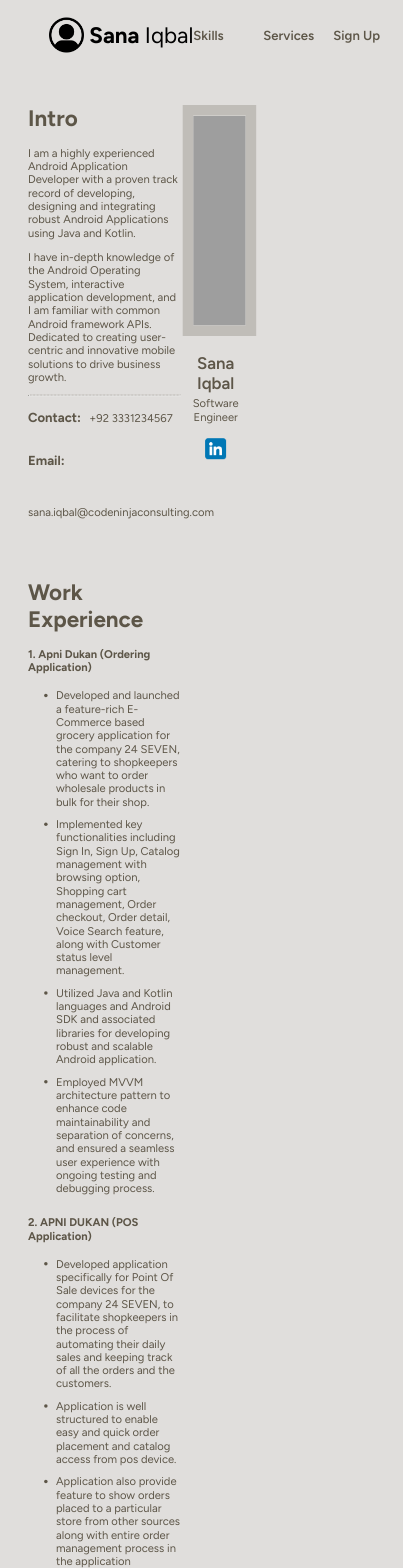
Repository: SanaIqbalDev/Portfolio
Page: portfolio.html
The author's editor kept a copy of each file at every save. The page is drawn from the files as they stood at one save, then again after the next save.
The browser window is 375 px wide. The page is 576 px wide, so the pictures cover 576 px, including what lies to the right of the window. The pictures show the part of the page from y = 0 to 2240 px (the page is 5297 px tall), at 70% of full size.
Pictures or frames that could not be fetched are drawn as grey boxes. The page's requests for data from a server got no answer.

Above is the page before, as saved 2023-08-18 16:07:41.

### portfolio.html
<!DOCTYPE html>
<html lang="en">

<head>
  <meta charset="utf-8" />
  <meta name="viewport" content="width=device-width, initial-scale=1.0" />
  <title>Sana Iqbal</title>
  <link rel="preconnect" href="https://fonts.googleapis.com">
  <link rel="preconnect" href="https://fonts.gstatic.com" crossorigin>
  <link href="https://fonts.googleapis.com/css2?family=Figtree:wght@400;600;700&display=swap" rel="stylesheet">
  <link rel="stylesheet" href="styles.css" />
  <script src="js/portfolio-main.js"></script>
  <script src="js/portfolio-skills.js"></script>
  <script src="js/portfolio-form-submission.js"></script>
  <script src="js/portfolio.external-data.js"></script>
</head>

<body>
  <header>

    <div class="header-div">
      <img width="50px" height="50px" src="res/ic_login.png">
      <h1 style="font-weight: 800;">&nbspSana&nbsp</h1>
      <h1 style="font-weight: 300;">Iqbal</h1>
    </div>

    <div class="header-option-section">

      <h3 id="skillset" class="header-options">Skills</h3>
      <h3 id="services" class="header-options">Services</h3>
      <h3 id="signup" class="header-options">Sign Up</h3>
    </div>
  </header>

  <main>
    <div class="main-content">
      <div id="details">
        <div>
          <h1 style="margin-top: 0;">Intro</h1>
          <p>
            I am a highly experienced Android Application Developer with a
            proven track record of developing, designing and integrating robust
            Android Applications using Java and Kotlin. </p>
          <pre></pre>
          <p>I have in-depth
            knowledge of the Android Operating System, interactive application
            development, and I am familiar with common Android framework APIs.
            Dedicated to creating user-centric and innovative mobile solutions
            to drive business growth.
          </p>

          <hr style="margin: 0;">

          <h3 class="inline-div" style=" display: inline-block;">
            Contact:</h3>
          <p style=" display: inline-block;"> &nbsp +92 3331234567</p>
          <br />
          <h3 class="inline-div" style="display: inline-block;">
            Email:</h3>
          <p style=" display: inline-block;"> &nbsp sana.iqbal@codeninjaconsulting.com</p>
        </div>
        <div>
          <h1 style="margin-top: 70px;">
            Work Experience</h1>
          <h4>
            1. Apni Dukan (Ordering Application)</h4>
          <ul>
            <li>
              Developed and launched a feature-rich E-Commerce based grocery
              application for the company 24 SEVEN, catering to shopkeepers who
              want to order wholesale products in bulk for their shop.
              <pre></pre>
            </li>
            <li>
              Implemented key functionalities including Sign In, Sign Up,
              Catalog management with browsing option, Shopping cart management,
              Order checkout, Order detail, Voice Search feature, along with
              Customer status level management.
              <pre></pre>
            </li>
            <li>
              Utilized Java and Kotlin languages and Android SDK and associated
              libraries for developing robust and scalable Android application.
              <pre></pre>
            </li>
            <li>
              Employed MVVM architecture pattern to enhance code maintainability
              and separation of concerns, and ensured a seamless user experience
              with ongoing testing and debugging process.
            </li>
          </ul>
          <h4 style="margin-top: 30px;">
            2. APNI DUKAN (POS Application)</h4>
          <ul>
            <li>
              Developed application specifically for Point Of Sale devices for
              the company 24 SEVEN, to facilitate shopkeepers in the process of
              automating their daily sales and keeping track of all the orders
              and the customers.
              <pre></pre>
            </li>
            <li>
              Application is well structured to enable easy and quick order
              placement and catalog access from pos device.
              <pre></pre>
            </li>
            <li>
              Application also provide feature to show orders placed to a
              particular store from other sources along with entire order
              management process in the application
              <pre></pre>
            </li>
            <li>
              Java and Kotlin languages are used along with Android SDK and
              other libraries provided by android platform for developing a
              robust application.
            </li>
          </ul>
        </div>
      </div>
      <div id="picture">
        <img id="person" src="https://images.unsplash.com/photo-1554743096-a4afca389293?ixlib" width="80%"
          height="300px" />
        <h2>Sana Iqbal</h2>
        <h4 id="heading">Software Engineer</h3>
          <a href="https://www.linkedin.com/in/sana-iqbal-a2501aa4" target="_blank"><img id="img-linkedin"
              src="res/linkedin.png" width="30px" height="30px"></a>
      </div>
    </div>
    <div class="services-div">
      <h1>Services</h1>
      <div class="seach-view" id="search-view" style="display: flex; justify-content: flex-start;align-items: center; box-sizing: border-box;border-radius: 5px; padding: 5px; width: 700px;background-color: #adacac; box-sizing: border-box; box-shadow: 5px 5px 5px rgb(205, 205, 207); ">
        <img id="search-image" src="res/ic_search.png" style="padding: 10px; cursor: pointer;" width="20px" height="20px">
        <label id="search-label" style="margin-left: 10px; width: 100%;">Search here</label>
        <input id="search-input" style="display: none; width: 100%; font: 1em sans-serif; border: none; outline: none; background-color: transparent;" type="text">
      </div>
      <div id="search-dropdown" >

      </div>
      <div id="products-container" class="slider">
        <div id="1slider" class="slider-bg">
          <div class="item-options">
            <button class="remove-btn"><img src="res/ic_delete.png" width="18px" height="18px"></button>
            <button class="edit-btn"><img src="res/ic_edit.png" width="18px" height="18px"></button>
          </div>
          <div id="develop" class="slider-item">
            <img src="res/ic_develop.png">
            <h3 class="item-title">DEVELOP</h3>
          </div>
        </div>

        <div id="2slider" class="slider-bg">
          <div class="item-options">
            <button class="remove-btn"><img src="res/ic_delete.png" width="18px" height="18px"></button>
            <button class="edit-btn"><img src="res/ic_edit.png" width="18px" height="18px"></button>
          </div>
          <div id="test" class="slider-item">
            <img src="res/ic_test.png">
            <h3  class="item-title">TEST</h3>
          </div>
        </div>

        <div id="3slider" class="slider-bg">
          <div class="item-options">
            <button class="remove-btn"><img src="res/ic_delete.png" width="18px" height="18px"></button>
            <button class="edit-btn"><img src="res/ic_edit.png" width="18px" height="18px"></button>
          </div>
          <div id="deploy" class="slider-item">
            <img src="res/ic_deploy.png">
            <h3 class="item-title">DEPLOY</h3>
          </div>
        </div>

        <div id="4slider" class="slider-bg">
          <div class="item-options">
            <button class="remove-btn"><img src="res/ic_delete.png" width="18px" height="18px"></button>
            <button class="edit-btn"><img src="res/ic_edit.png" width="18px" height="18px"></button>
          </div>
          <div id="optimize" class="slider-item">
            <img src="res/ic_optimize.png">
            <h3 class="item-title">OPTIMIZE</h3>

          </div>
        </div>

        <div id="add-item-div" class="slider-bg">
          <div class="slider-item">
            <img src="res/ic_addItem.png">
          </div>
          <button id="add-item" class="add-new-item">ADD NEW SERVICE</button>

        </div>
      </div>
    </div>


    <div id="skills-div" class="skills-div">
      <h1>Skills</h1>
      <div style="width: 84%; display: block;">
        <div id="skill-items" class="skill-items">
          <ul id="skill-list">
          </ul>
          <div class="add-skill-item">
            <label id="add-skill-label" class="title-skill">Add new skill here</label>
            <input id="add-skill-input" class="add-skill" type="text" placeholder="Add Skill" value=""
              style="display: none; font: 1em sans-serif; border: none; outline: none; background-color: #badacf;">
          </div>
        </div>
      </div>

    </div>

    <div class="external-data-div">
      <h1>Information</h1>
      <table class="info-table" style="width: 70%;">
        <tr style="height: 50px;">
          <th class="image-id-cell" style=" background-color: #83817e; color: white;">IMAGE</th>
          <th class="image-id-cell" style=" background-color: #83817e;  color: white;">ID</th>
          <th style=" background-color: #83817e; color: white;">TITLE</th>
          <th style="width: 351px;background-color: #83817e; color: white;">URL</th>
        </tr>
      </table>
      <div class="table-container">
        <table id="info-table" class="info-table">
        </table>
      </div>

    </div>

    <div id="signupModal" class="signup-modal">
      <div class="modal-content">
        <h2>Fill your information</h2>

        <form id="submit-form" action="">
          <section>
            <input id="name" class="input-field" type="text" placeholder="Name" value="">
            <input id="email" class="input-field" placeholder="Email" value="">
            <input id="password" class="input-field" type="password" placeholder="Password (atleast 6 characters)"
              value="">
          </section>

          <div
            style="display: flex; justify-content: center;max-height: 50px;height: 50px; margin-top: 50px; margin-left: auto; margin-right: auto;">
            <button id="submit" type="submit">SUBMIT</button>
            <div id="loading" class="spinner"></div>
          </div>
        </form>
      </div>
    </div>
    <div id="productDesc" class="product-modal">
      <div id="product-content" class="product-content">
        <img id="product-img" src="res/ic_develop.png" width="100px" height="100px">
        <h2 id="product-title" style="margin-top: 30px;">TITLE</h2>
        <p id="product-description" style="margin-top: 30px;">We are a dedicated and proficient website development
          service provider, committed to crafting impactful
          online solutions for businesses across diverse industries.
          With a team of skilled developers, designers, and digital strategists, we offer comprehensive website
          development services that transcend mere online presence.<br /><br />

          Our approach begins by understanding your unique business objectives and target audience. Leveraging
          cutting-edge technologies and industry best practices, we meticulously
          design and develop websites that are not only visually stunning but also functionally robust. <br /><br />

          From responsive designs that adapt seamlessly to different devices to user-friendly
          interfaces that enhance engagement, we ensure every element contributes to an exceptional user experience.
          <br />
        </p>
      </div>
    </div>

    <!-- Edit Form Modal -->
    <div id="editModal" class="edit-modal">
      <div class="edit-content">
        <form id="service-info-form" action="">
          <section class="input-section">
            <img id="imagePreview" src="" alt="Selected Image" style="width: 110px; height: 110px;">
            <input id="edit-img" class="input-field" type="file" value="">
            <input id="edit-title" class="input-field" class="input-field" type="text" placeholder="Add service title"
              value="">
            <textarea id="edit-description" class="input-field"
              style=" width: 90%; min-height: 120px;height: auto;overflow: auto;white-space: wrap;font-family: 'Figtree', sans-serif;">This is a long piece of text that will wrap inside the textarea element.</textarea>
            <button id="submit-edit-info" type="submit">SUBMIT</button>
          </section>
        </form>
      </div>
    </div>

    <div id="edit-modal-alert">
      <div id="successModal" class="alert-modal">
        <img id="alert-icon" src="res/ic_success.png" width="50px" height="50px">
        <h2 id="alert-message">Data has been sent successfully</h2>
      </div>
    </div>
  </main>

</body>

</html>

### styles.css
body {
    background-color: #e0dedc;
    margin: 0;
    max-width: 100%;
    font-family: 'Figtree', sans-serif;
    color: #5d5648;
    box-sizing: border-box;
    overflow-x: hidden;
}

main {
    width: 100%;
    margin-left: auto;
    margin-right: auto;
    margin-bottom: 200px;
    padding: 0px 10px 10px 10px;
}

.main-content {
    display: flex;
    justify-content: center;
    margin-top: 50px;
}

header {
    display: flex;
    justify-content: space-between;
    height: 40px;
    position: relative;
    align-items: center;
    padding: 30px 70px;
}

.header-div {
    display: flex;
    align-items: center;
    color: black;
}

.header-option-section {
    display: flex;
    justify-content: space-between;
}

.header-options {
    color: #5d5648;
    width: 100px;
    font-weight: 600;
    cursor: pointer;
}

.header-options:hover {
    color: black;
}

h2 {
    text-align: center;
    font-weight: 600;
}

hr {
    border-top: 1px dotted #5d5648;
    ;
}

.slider {
    height: auto;
    max-width: 84%;
    margin: auto;
    margin-top: 50px;
    display: flex;
    flex-wrap: wrap;
    justify-content: space-evenly;
    gap: 30px;

}

.slider .slider-item {
    display: flex;
    flex-direction: column;
    justify-content: space-evenly;
    border-radius: 10px;
    background-color: rgb(186, 218, 207);
    width: 200px;
    height: 270px;
    transition: background-color 0.3s ease;

}

.skill-items {
    max-width: 84%;
    display: flex;
    flex-direction: column;
    justify-content: space-between;
    align-items: start;

}

.skill-items div {
    background-color: rgb(186, 218, 207);
    border-radius: 18px;
    box-sizing: border-box;
    padding: 3px 15px;
    gap: 10px;
    display: flex;
    height: 40px;
    justify-content: space-between;
    align-items: center;
    margin-top: 20px;
}

.skill-items div label {
    font-weight: 800;
    background: none;
    box-sizing: border-box;
    display: flex;
    align-items: center;

}

.remove-skill {
    width: 30px;
    height: 30px;
}

.remove-skill:hover {
    scale: 1.1;
    cursor: pointer;

}

#add-skill-label:hover {
    cursor: pointer;
    scale: 1.1;
}

.add-skill:focus {
    cursor: text;
}

.slider-item:hover {
    background-color: rgb(163, 193, 183);
}

.slider .slider-item img {
    border-radius: 10px;
    margin-left: auto;
    margin-right: auto;
    margin-top: 50px;
    width: 100px;
    height: 100px;
}

.slider-item h3 {
    margin-left: auto;
    margin-right: auto;
}

.slider-bg {
    width: 200px;
    height: 270px;
    position: relative;
    cursor: pointer;
}

.slider-bg .remove-btn {
    display: flex;
    justify-content: center;
    align-items: center;
    border-radius: 8px;
    width: 30px;
    height: 30px;
    top: 5px;
    right: 10px;
    border: 0;
    background-color: rgb(161, 39, 39);
    font-weight: 600;
    cursor: pointer;
}

.slider-bg .edit-btn {
    display: flex;
    justify-content: center;
    align-items: center;
    border-radius: 8px;
    width: 30px;
    left: 55%;
    height: 30px;
    top: 3%;
    border: 0;
    background-color: rgb(47, 47, 163);
    color: white;
    font-weight: 600;
    cursor: pointer;
}

.slider-bg .remove-btn:hover {
    background-color: rgb(248, 20, 20);
}

.slider-bg .edit-btn:hover {
    background-color: rgb(19, 19, 245);

}

.item-options {
    display: flex;
    justify-content: end;
    align-items: flex-end;
    width: 100%;
    position: absolute;
    padding: 5px;
    gap: 5px;
    box-sizing: border-box;
}

.item-options img {
    width: 18px;
    height: 18px;
}

.add-new-item {
    border-radius: 10px;
    width: 100%;
    height: 30px;
    position: absolute;
    bottom: 0%;
    background-color: #c0bdb8;
}

footer {
    width: 85%;
    margin-left: auto;
    margin-right: auto;
    margin-bottom: 50px;
    font-weight: 900;
    font-size: large;
}

a {
    color: beige;
}

#details {
    width: 58%;
    display: inline-block;
}

#heading {
    text-align: center;
    margin-top: -15px;
    font-weight: 300;
}

#picture {
    width: 25%;
    margin-left: 1%;
    display: inline-block;
    text-align: center;
    align-items: center;
    vertical-align: top;
}

#picture #person {
    border: 15px solid #c0bdb8;
}

.inline-div {
    display: inline-block;
}

#img-linkedin:hover {
    scale: 1.2;
}

.signup-modal {
    display: none;
    position: fixed;
    left: 0;
    top: 0;
    width: 100%;
    height: 100%;
    overflow: auto;
    background-color: rgba(0, 0, 0, 0.4);
}

.product-modal {
    display: none;
    position: fixed;
    left: 0;
    top: 0;
    width: 100%;
    height: 100%;
    overflow: auto;
    background-color: rgba(0, 0, 0, 0.4);
}

.modal-content {
    margin-left: auto;
    margin-right: auto;
    margin-top: 75px;
    padding: 20px;
    width: 400px;
    height: 400px;
    background-color: white;
    border-radius: 10px;
    max-width: 400px;
    max-height: 400px;
    scale: 0.75;
}

.product-content {
    margin-left: auto;
    margin-right: auto;
    margin-top: 45px;
    padding: 40px;
    width: 400px;
    height: auto;
    overflow-y: auto;
    background-color: white;
    border-radius: 10px;
    max-width: 400px;
    max-height: 400px;
    display: flex;
    flex-direction: column;
    justify-content: space-between;
    align-items: center;
}


.input-field {
    display: block;
    width: 90%;
    height: 30px;
    margin-left: auto;
    margin-right: auto;
    margin-top: 30px;
    border-radius: 5px;
    border: 1px solid rgb(168, 190, 174);
    outline: none;
    padding: 5px;
    font-size: medium;
}

#submit {
    position: fixed;
    display: inline-block;
    width: 200px;
    height: 40px;
    border-radius: 5px;
    background: linear-gradient(90deg, rgb(168, 190, 174), rgb(178, 178, 179));
    border-color: transparent;
    box-shadow: 5px 5px 5px rgb(205, 205, 207);
    font-weight: 700;
    font-size: large;


}

#submit:hover {
    background: linear-gradient(90deg, rgb(174, 206, 182), rgb(202, 202, 212));
}

#submit:active {
    background: linear-gradient(90deg, rgb(168, 190, 174), rgb(178, 178, 179));

}

.edit-modal {
    display: none;
    position: fixed;
    top: 0;
    left: 0;
    width: 100%;
    height: 100%;
    background-color: rgba(0, 0, 0, 0.5);
    align-items: center;
    justify-content: center;

}


.input-section {
    background-color: white;
    padding: 20px;
    min-width: 500px;
    min-height: 400px;
    text-align: center;
    border-radius: 10px;
    box-shadow: 0px 0px 10px rgba(0, 0, 0, 0.3);
    padding: 20px;
    box-sizing: border-box;

}

.edit-image {
    max-width: 110px;
    height: 110px;
}

.edit-title {
    font-size: 24px;
    margin-top: 10px;
}

.edit-description {
    font-size: 16px;
    margin-top: 10px;
}


#submit-edit-info {
    margin-left: auto;
    margin-right: auto;
    margin-top: 50px;
    width: 200px;
    height: 40px;
    border-radius: 5px;
    background: linear-gradient(90deg, rgb(168, 190, 174), rgb(178, 178, 179));
    border-color: transparent;
    box-shadow: 5px 5px 5px rgb(205, 205, 207);
    font-weight: 700;
    font-size: large;


}

#submit-edit-info:hover {
    background: linear-gradient(90deg, rgb(174, 206, 182), rgb(202, 202, 212));
}

#submit-edit-info:active {
    background: linear-gradient(90deg, rgb(168, 190, 174), rgb(178, 178, 179));

}

.services-div {
    width: 100%;
    display: flex;
    flex-direction: column;
    justify-content: center;
    align-items: center;
}

.skills-div.skill-items ul {
    width: 100%;
    display: flex;
    flex-direction: column;
    justify-content: center;
    align-items: center;
}

.add-skill-item {
    box-sizing: border-box;
    margin-left: 40px;
    height: 40px;
}


.skills-div {
    width: 100%;
    display: flex;
    flex-direction: column;
    justify-content: center;
    align-items: center;
}

.services-div h1,
.skills-div h1,
.external-data-div h1 {
    height: auto;
    width: 84%;
    margin-top: 70px;
}

.title-skill {
    max-width: 500px;
    overflow: hidden;
    text-overflow: ellipsis;
    white-space: nowrap;
    padding: 5px;

}

#edit-modal-alert {
    display: none;
    justify-content: center;
    align-items: center;
    position: fixed;
    top: 0;
    left: 0;
    width: 100%;
    height: 100%;
    background-color: rgba(0, 0, 0, 0.5);
}

.alert-modal {
    background-color: white;
    padding: 40px;
    border-radius: 8px;
    box-shadow: 0 2px 8px rgba(0, 0, 0, 0.2);
    display: flex;
    flex-direction: column;
    align-items: center;
}

.external-data-div {
    width: 100%;
    display: flex;
    flex-direction: column;
    justify-content: center;
    align-items: center;
}

.info-table {
    background-color: transparent;
    width: 100%;
    margin-left: auto;
    margin-right: auto;


}

.table-container {
    width: 70%;
    height: 400px;
    overflow-y: auto;
    overflow-x: auto;
    display: block;

}

.info-table td,
th {
    background-color: #c0bbb2;
    gap: 10px;
}

.info-table caption {
    background-color: #5d5648;
    color: white;
    font: bold small-caps 30px 'Figtree';
    padding: 10px;
    margin: 50px 0px 20px 0px;
}

.image-id-cell {
    width: 70px;
    text-align: center;
}

.url-cell:hover {
    color: blue;
    cursor: pointer;
}

@keyframes spinner {
    0% {
        transform: rotate(0deg);
    }

    100% {
        transform: rotate(360deg);
    }
}

.spinner {
    width: 30px;
    height: 30px;
    border: 4px solid rgba(0, 0, 0, 0.1);
    border-left-color: #333;
    border-radius: 50%;
    animation: spinner 1s linear infinite;
    display: none;

}

#search-dropdown {
    position: absolute;
    z-index: 100;
    box-sizing: border-box;
    width: 700px;
    border-radius: 5px;
    background-color: #f7f7f7;
    overflow: hidden;
    padding: 5px;
    margin-top: 50px;
    display: none;

}

.dropdown-item{

    background-color: white;
    margin: 10px;
    padding: 10px;

}
.dropdown-item:hover{
    background-color: #adacac;
    color: white;
}

#product-description {
    white-space: pre-line;
}

### js/portfolio.external-data.js
document.addEventListener("DOMContentLoaded", () => {

    const tableDataset = document.getElementById("info-table");

    GetImagesData();
    // fetch('https://jsonplaceholder.typicode.com/photos')
    //         .then((response) => response.json())
    //         .then((json) => console.log(json));


    function GetImagesData() {
        fetch('https://jsonplaceholder.typicode.com/photos?albumId=1')
            .then((response) => response.json())
            .then((json) => {

                const recievedData = json;
                console.log(recievedData);
                for (const item of recievedData) {
                    const tr = tableDataset.insertRow();

                    const imageCell = tr.insertCell(0);
                    var image_ = document.createElement("img");
                    image_.src = item.thumbnailUrl;
                    image_.width = 30;
                    image_.height = 30;
                    image_.style.margin = "10px";
                    image_.alt = "Alternate text.";
                    imageCell.className = "image-id-cell";
                    imageCell.appendChild(image_);


                    const idCell = tr.insertCell(1);
                    idCell.className = "image-id-cell";
                    idCell.textContent = item.id;

                    const titleCell = tr.insertCell(2);
                    titleCell.textContent = item.title;

                    const urlCell = tr.insertCell(3);
                    // var urlLink = document.createElement("a");
                    // urlLink.href = item.url;
                    // console.log("url is : "+item.url);
                    // urlLink.target = "_blank";
                    urlCell.className = "url-cell";
                    urlCell.width = 330;
                    urlCell.textContent = item.url;
                    urlCell.onclick = function() {
                        window.open(item.url);
                      };
                    // urlCell.appendChild(urlLink);


                }

            });
    }
})

Loaded but not shown: js/portfolio-main.js (528 lines, source omitted); js/portfolio-form-submission.js (112 lines, source omitted); js/portfolio-skills.js (109 lines, source omitted)

After the next save:
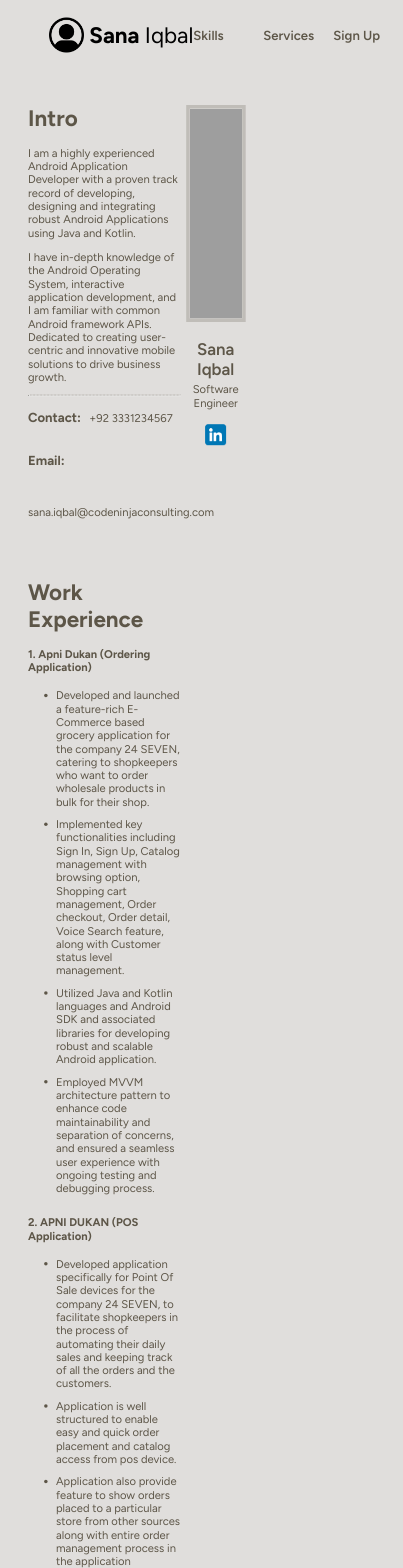
Saved 17 min 40 s later.
--- a/styles.css
+++ b/styles.css
@@ -604,3 +604,22 @@ th {
 #product-description {
     white-space: pre-line;
 }
+
+@media (max-width: 500px) {
+
+    #picture {
+        width: 25%;
+        height: 200px;
+        margin-left: 1%;
+        display: inline-block;
+        text-align: center;
+        align-items: center;
+        vertical-align: top;
+    }
+
+    #picture #person {
+        border: 5px solid #c0bdb8;
+    }
+
+
+  }
